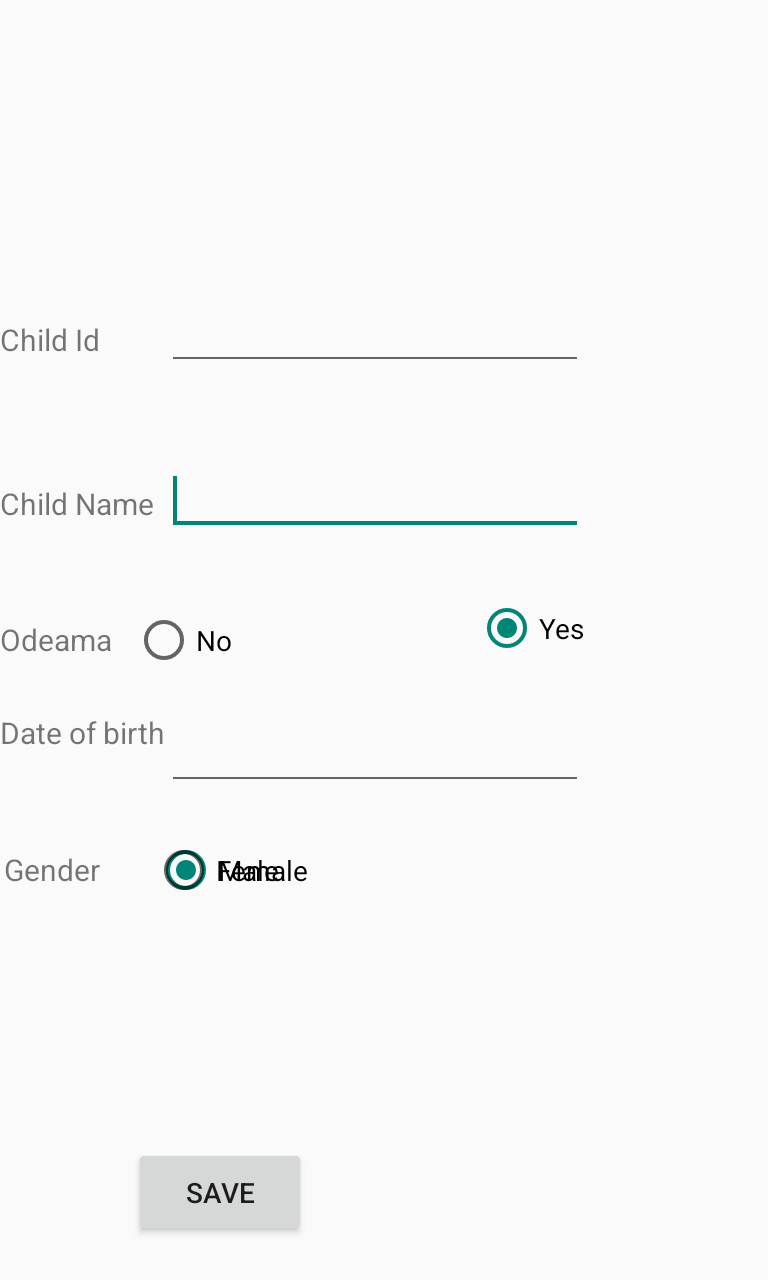
Repository: Team-7/hopeworldwide
Layout: workspace/HopeWWdatabase/res/layout/activity_main.xml
An editor plug-in stored every save of this project. The layout is shown before and after the next save, followed by the edit.
It is drawn on a 768 x 1280 px phone screen (xhdpi) without system bars, with theme AppTheme; the app's code is not run.

Above is the layout before, as saved 2014-04-10 10:07:17.

### workspace/HopeWWdatabase/res/layout/activity_main.xml
<FrameLayout xmlns:android="http://schemas.android.com/apk/res/android"
    xmlns:tools="http://schemas.android.com/tools"
    android:id="@+id/container"
    android:layout_width="match_parent"
    android:layout_height="match_parent"
    tools:context="com.dhliwayok.hopewwdatabase.MainActivity"
    tools:ignore="MergeRootFrame" >

    <RelativeLayout
        android:layout_width="match_parent"
        android:layout_height="match_parent" >

        <EditText
            android:id="@+id/editText1"
            android:layout_width="wrap_content"
            android:layout_height="wrap_content"
            android:layout_alignBaseline="@+id/textView1"
            android:layout_alignBottom="@+id/textView1"
            android:layout_toRightOf="@+id/textView4"
            android:ems="10"
            android:inputType="number" />



        <EditText
            android:id="@+id/editText3"
            android:layout_width="wrap_content"
            android:layout_height="wrap_content"
            android:layout_alignLeft="@+id/editText2"
            android:layout_alignTop="@+id/textView4"
            android:ems="10"
            android:inputType="date" />
        <RadioGroup
            android:id="@+id/radioOdeama"
            android:layout_width="wrap_content"
            android:layout_height="wrap_content" >
        </RadioGroup>


        <TextView
            android:id="@+id/textView4"
            android:layout_width="wrap_content"
            android:layout_height="wrap_content"
            android:layout_alignParentLeft="true"
            android:layout_below="@+id/textView3"
            android:layout_marginTop="26dp"
            android:text="Date of birth"
            android:textSize="15sp" />



        <EditText
            android:id="@+id/editText2"
            android:layout_width="wrap_content"
            android:layout_height="wrap_content"
            android:layout_above="@+id/textView3"
            android:layout_marginBottom="40dp"
            android:layout_toRightOf="@+id/textView4"
            android:ems="10"
            android:inputType="textPersonName" >

            <requestFocus />
        </EditText>

        <TextView
            android:id="@+id/textView2"
            android:layout_width="wrap_content"
            android:layout_height="wrap_content"
            android:layout_alignBaseline="@+id/editText2"
            android:layout_alignBottom="@+id/editText2"
            android:layout_alignParentLeft="true"
            android:text="Child Name"
            android:textSize="15sp" />

        <RadioButton
            android:id="@+id/odeamaYes"
            android:layout_width="wrap_content"
            android:layout_height="wrap_content"
            android:layout_alignBottom="@+id/textView3"
            android:layout_alignRight="@+id/editText2"
            android:checked="true"
            android:text="Yes" />



        <TextView
            android:id="@+id/textView3"
            android:layout_width="wrap_content"
            android:layout_height="wrap_content"
            android:layout_centerVertical="true"
            android:layout_toRightOf="@+id/radioOdeama"
            android:text="Odeama"
            android:textSize="15sp" />

        <TextView
            android:id="@+id/textView1"
            android:layout_width="wrap_content"
            android:layout_height="wrap_content"
            android:layout_above="@+id/editText2"
            android:layout_alignParentLeft="true"
            android:layout_marginBottom="48dp"
            android:text="Child Id"
            android:textSize="15sp" />

        <TextView
            android:id="@+id/textView5"
            android:layout_width="wrap_content"
            android:layout_height="wrap_content"
            android:layout_alignRight="@+id/textView1"
            android:layout_below="@+id/editText3"
            android:layout_marginTop="27dp"
            android:text="Gender"
            android:textSize="15sp" />

         <RadioGroup
            android:id="@+id/radioGender"
            android:layout_width="wrap_content"
            android:layout_height="wrap_content" >

        </RadioGroup>

        <Button
            android:id="@+id/button1"
            android:layout_width="wrap_content"
            android:layout_height="wrap_content"
            android:layout_alignParentBottom="true"
            android:layout_alignRight="@+id/genderFemale"
            android:layout_marginBottom="20dp"
            android:text="save" />

        <RadioButton
            android:id="@+id/genderMale"
            android:layout_width="wrap_content"
            android:layout_height="wrap_content"
            android:layout_alignBaseline="@+id/textView5"
            android:layout_alignBottom="@+id/textView5"
            android:layout_toRightOf="@+id/textView2"
            android:checked="true"
            android:text="Male" />

        <RadioButton
            android:id="@+id/genderFemale"
            android:layout_width="wrap_content"
            android:layout_height="wrap_content"
            android:layout_alignBaseline="@+id/genderMale"
            android:layout_alignBottom="@+id/genderMale"
            android:layout_marginLeft="20dp"
            android:layout_toRightOf="@+id/textView3"
            android:text="Female" />

        <RadioButton
            android:id="@+id/odeamNo"
            android:layout_width="wrap_content"
            android:layout_height="wrap_content"
            android:layout_alignLeft="@+id/button1"
            android:layout_centerVertical="true"
            android:text="No" />

    </RelativeLayout>

</FrameLayout>

Loaded but not shown: workspace/HopeWWdatabase/res/values/styles.xml (common file); workspace/HopeWWdatabase/res/values-v11/styles.xml (common file); workspace/HopeWWdatabase/res/values-v14/styles.xml (common file)

After the next save:
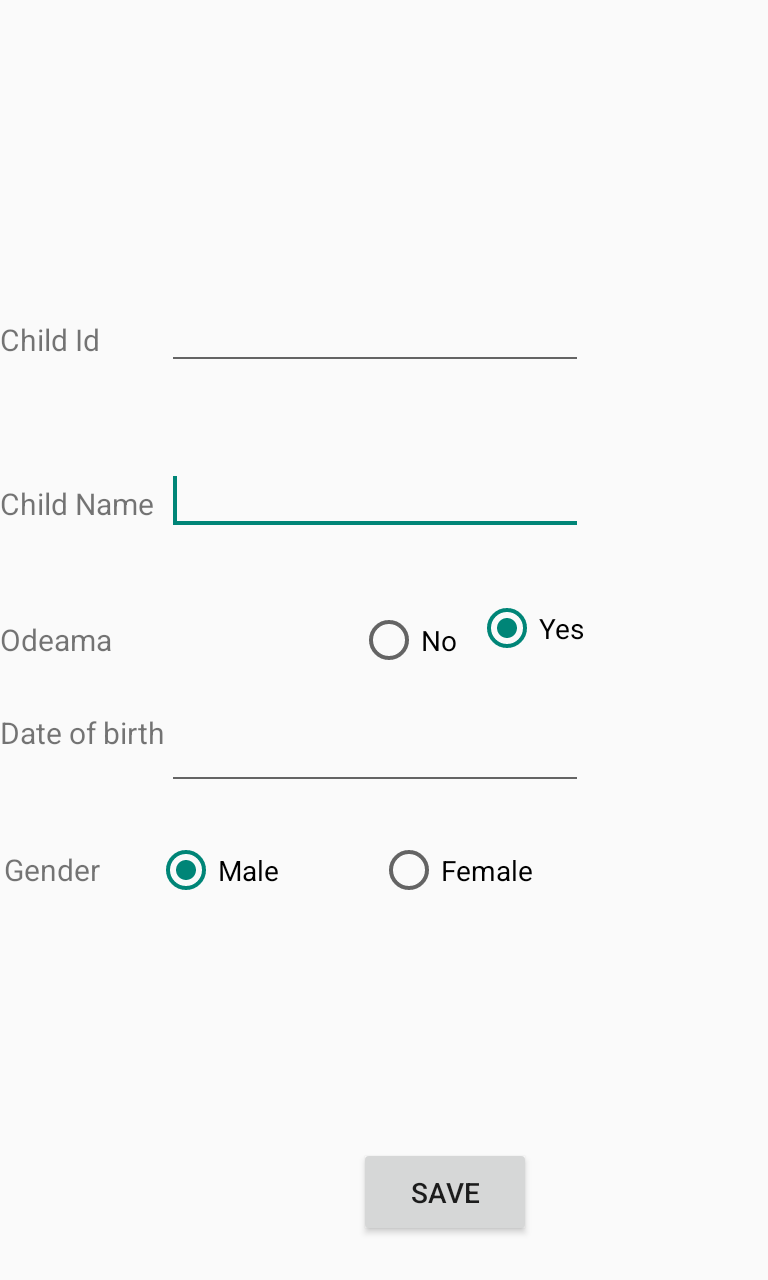
Saved 7 s later.
--- a/workspace/HopeWWdatabase/res/layout/activity_main.xml
+++ b/workspace/HopeWWdatabase/res/layout/activity_main.xml
@@ -139,16 +139,6 @@
             android:text="Male" />
 
         <RadioButton
-            android:id="@+id/genderFemale"
-            android:layout_width="wrap_content"
-            android:layout_height="wrap_content"
-            android:layout_alignBaseline="@+id/genderMale"
-            android:layout_alignBottom="@+id/genderMale"
-            android:layout_marginLeft="20dp"
-            android:layout_toRightOf="@+id/textView3"
-            android:text="Female" />
-
-        <RadioButton
             android:id="@+id/odeamNo"
             android:layout_width="wrap_content"
             android:layout_height="wrap_content"
@@ -156,6 +146,16 @@
             android:layout_centerVertical="true"
             android:text="No" />
 
+        <RadioButton
+            android:id="@+id/genderFemale"
+            android:layout_width="wrap_content"
+            android:layout_height="wrap_content"
+            android:layout_alignBaseline="@+id/genderMale"
+            android:layout_alignBottom="@+id/genderMale"
+            android:layout_alignRight="@+id/editText3"
+            android:layout_marginRight="26dp"
+            android:text="Female" />
+
     </RelativeLayout>
 
 </FrameLayout>
